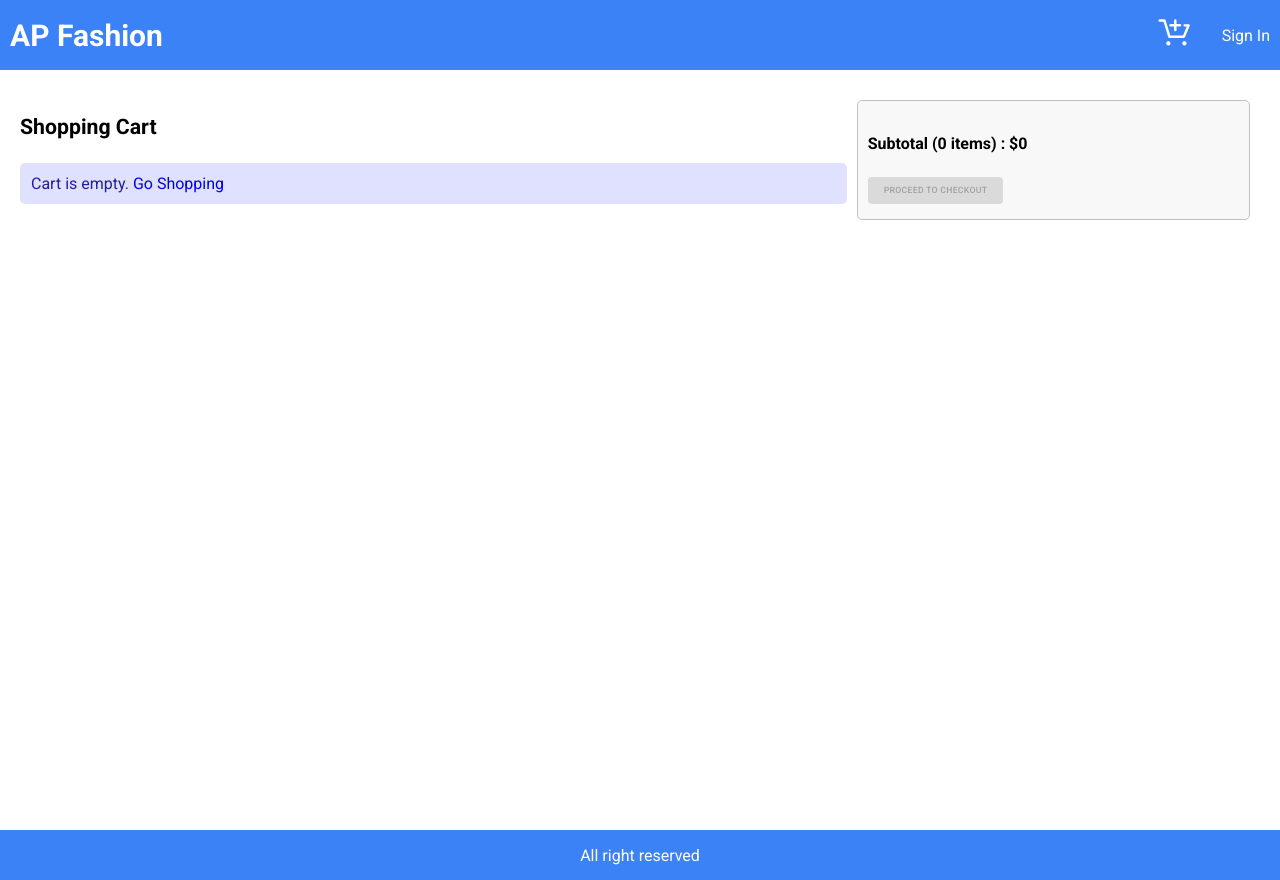
Repository: rexhep/e-commerce
Page: /cart (app in frontend/)
An editor plug-in stored every save of this project. The page is shown before and after the next save, followed by the edit.
The browser window is 1280 px wide. The pictures show the whole page.
The project was rebuilt for these pictures with package versions that can differ from the ones it lists, and the page was loaded fresh each time. Also part of the build but not shown: frontend/src/actions/userActions.js, frontend/src/components/clientHeader/ClientHeader.jsx, frontend/src/components/Rating.js, frontend/src/components/Product.js, frontend/src/components/LoadingBox.js, frontend/src/actions/productActions.js, frontend/src/components/clientHeader/HeaderSlider.jsx, frontend/src/pages/HomePage.js and 21 more.

Above is the page before, as saved 2021-10-13 01:24:51.

### frontend/public/index.html
<!DOCTYPE html>
<html lang="en">
  <head>
    <meta charset="utf-8" />
    <link rel="icon" href="%PUBLIC_URL%/favicon.ico" />
    <meta name="viewport" content="width=device-width, initial-scale=1" />
    <meta name="theme-color" content="#000000" />
    <meta
      name="description"
      content="Web site created using create-react-app"
    />
    <link rel="apple-touch-icon" href="%PUBLIC_URL%/logo192.png" />
    <!--
      manifest.json provides metadata used when your web app is installed on a
      user's mobile device or desktop. See https://developers.google.com/web/fundamentals/web-app-manifest/
    -->
    <link rel="manifest" href="%PUBLIC_URL%/manifest.json" />
    <!--
      Notice the use of %PUBLIC_URL% in the tags above.
      It will be replaced with the URL of the `public` folder during the build.
      Only files inside the `public` folder can be referenced from the HTML.

      Unlike "/favicon.ico" or "favicon.ico", "%PUBLIC_URL%/favicon.ico" will
      work correctly both with client-side routing and a non-root public URL.
      Learn how to configure a non-root public URL by running `npm run build`.
    -->
    <link
        rel="stylesheet"
        href="https://cdnjs.cloudflare.com/ajax/libs/font-awesome/4.7.0/css/font-awesome.min.css"
      />
      <link rel="preconnect" href="https://fonts.googleapis.com">
      <link href="https://fonts.googleapis.com/css2?family=Roboto:ital,wght@0,100;0,300;0,400;0,500;0,700;0,900;1,100;1,300;1,400;1,500;1,700;1,900&display=swap" rel="stylesheet">
    <title>React App</title>
  </head>
  <body>
    <noscript>You need to enable JavaScript to run this app.</noscript>
    <div id="root"></div>
    <!--
      This HTML file is a template.
      If you open it directly in the browser, you will see an empty page.

      You can add webfonts, meta tags, or analytics to this file.
      The build step will place the bundled scripts into the <body> tag.

      To begin the development, run `npm start` or `yarn start`.
      To create a production bundle, use `npm run build` or `yarn build`.
    -->
  </body>
</html>

### frontend/src/index.js
import React from 'react';
import { Provider } from 'react-redux';
import ReactDOM from 'react-dom';
import './index.css';
import App from './App';
import reportWebVitals from './reportWebVitals';
import store from './store';

ReactDOM.render(
  <Provider store={store}>
    <React.StrictMode>
      <App />
    </React.StrictMode>
  </Provider>,
  document.getElementById('root')
);

// If you want to start measuring performance in your app, pass a function
// to log results (for example: reportWebVitals(console.log))
// or send to an analytics endpoint. Learn more: https://bit.ly/CRA-vitals
reportWebVitals();

### frontend/src/index.css
html {
  font-size: 62.5%; /* 16px x 62.5 = 10px = 1rem */
  box-sizing: border-box;
}

body {
  margin: 0;
  height: 100vh;
  font-size: 1.6rem;
  font-family: 'Roboto', sans-serif;
  -webkit-font-smoothing: antialiased;
  -moz-osx-font-smoothing: grayscale;
}
#root {
  height: 100%;
}

/* Layout */
.primary-container {
  margin-top: 20px;
}
.grid-container {
  display: grid;
  grid-template-areas:
  'header'
  'main'
  'footer';
  grid-template-columns: 1fr;
  grid-template-rows: 5rem 1fr 5rem;
  height: 100%;
}

header {
  grid-area: header;
  background-color: #3B82F6;
  height: 50px;
}

main {
  /* grid-area: main;
  padding: 1rem; */
}

footer {
  grid-area: footer;
  background-color: #3B82F6;
  height: 50px;
  color: #fff
}
/* Common */
h1 {
  font-size: 1.8rem;
  padding: 1rem 0;
}

h2 {
  font-size: 1.6rem;
  padding: 1rem 0;
}
a {
  text-decoration: none;
}
a:hover {
  color: #ff8000;
}
ul {
  padding: 0;
  margin: 0;
  list-style-type: none;
}
li {
  margin-top: 1rem;
}

.mr-20 {
  margin-right: 20px;
}

input,
select,
textarea,
button {
  padding: 1rem;
  border-radius: 0.5rem;
  border: 0.1rem #a4a4a4 solid;
  font-size: 1.6rem;
  font-family: Helvetica, Arial, sans-serif;
  -webkit-font-smoothing: antialiased;
  -moz-osx-font-smoothing: grayscale;
}

button {
  background-color: #f8f8f8;
  cursor: pointer;
}

#fade-button {
  color: #fff;
  font-size: 1.6rem;
}
#fade-button:hover {
  border: none;
}

input:hover,
select:hover,
textarea:hover,
button:hover {
  border: 0.1rem #404040 solid;
}
button.primary {
  background-color: #f0c040;
}
button.block {
  width: 100%;
}

button.small {
  font-size: 1.2rem;
}

/* Header */
header {
  color: #fff;
  padding: 1rem;
}
header div a {
  color: #fff;
}
a.brand {
  color: white;
  font-size: 3rem;
  font-weight: bold;
}
.badge {
  background-color: #f02020;
  color: #ffffff;
  border-radius: 50%;
  padding: 0.2rem 0.7rem;
  font-size: 1.4rem;
  margin-left: 0.2rem;
}
.row {
  display: flex;
  flex-wrap: wrap;
  justify-content: space-between;
  align-items: center;
}
.row.center {
  justify-content: center;
}
.row.top {
  align-items: flex-start;
}
.col-1 {
  flex: 1 1 25rem;
}
.col-2 {
  flex: 2 1 50rem;
}

.min-30 {
  min-width: 30rem;
}

/* Image */
img {
  border-radius: 0.5rem;
}
img.small {
  max-width: 5rem;
  width: 100%;
}
img.medium {
  max-width: 29rem;
  width: 100%;
}
img.large {
  width: 100%;
}
img.custom-image {
  max-width: 29rem;
  width: 100%;
  max-height: 600px;
  height: 100%;
}

/* SLIDER */
.slider-cover {
  float: left;
  width: 100%;
  height: 800px;
}

.slider-cover .desc {
  position: absolute;
  left: 50%;
  top: 50%;
  transform: translate(-50%, -50%);
  -ms-transform: translate(-50%, -50%); /* for IE 9 */
  -webkit-transform: translate(-50%, -50%); /* for Safari */
}

.slider-cover .desc h2.title {
  font-size: 32px;
  color: #fff;
  text-align: center;
  font-weight: 700;
}

.slider-cover .desc p {
  color: #fff;
  font-size: 16px;
  text-align: center;
  font-weight: 300;
}


/* Card */
.card {
  border: 0.1rem #c0c0c0 solid;
  background-color: #f8f8f8;
  border-radius: 0.5rem;
  margin: 1rem;
}
.card-body {
  padding: 1rem;
}

.card-body > * {
  margin-bottom: 0.5rem;
}

.custom-card {
  overflow: visible !important;
}

.custom-item, .custom-card {
  box-shadow: none !important;
  border-radius: 0 !important;
}

.custom-item {
  border:solid 1px #ccc9c9;
}

.custom-card-content a h2 {
  font-size: 18px;
  color: #1F2937;
  font-weight: 300;
    text-transform: uppercase;
}

.custom-card-content .rating span {
  font-size: 14px;
  font-weight: 300;
}

.custom-card-content .price {
  font-size: 18px;
  font-weight: 700;
  padding-top: 20px;
}

.custom-card img {
  border-radius: 0;
}

.test {
  z-index: 9999;
  background-color: red;
}

.price {
  font-size: 2rem;
}

/* Rating */
.rating span {
  color: #f0c040;
  margin: 0.1rem;
}
.rating span:last-child {
  color: #404040;
}

/* Alert */
.loading {
  display: block !important;
}
.success {
  color: #20a020;
}
.danger {
  color: #a02020;
}

.alert {
  padding: 1rem;
  border: 0.1rem solid transparent;
  border-radius: 0.5rem;
}
.alert-info {
  color: #2020a0;
  background-color: #e0e0ff;
}
.alert-danger {
  color: #a02020;
  background-color: #ffe0e0;
}

.alert-success {
  color: #20a020;
  background-color: #eeffe0;
}

/* Form */
.form {
  max-width: 60rem;
  margin: 0 auto;
}
.form > div {
  display: flex;
  flex-direction: column;
  margin: 1rem;
}
.form label {
  margin: 1rem 0;
}

/* Dropdown */
.dropdown {
  display: inline-block;
  position: relative;
}
.dropdown-content {
  position: absolute;
  display: none;
  right: 0;
  min-width: 12rem;
  padding: 1rem;
  z-index: 1;
  background-color: #203040;
  margin: 0;
  margin-top: 0.4rem;
  border-radius: 0.5rem;
}
.dropdown:hover .dropdown-content {
  display: block;
}

/* Checkout Steps */
.checkout-steps > div {
  border-top: 0.3rem #c0c0c0 solid;
  color: #c0c0c0;
  flex: 1;
  padding: 1rem;
  font-weight: bold;
}
.checkout-steps > div.active {
  border-top-color: #f08000;
  color: #f08000;
}

/* Table */
.table {
  width: 100%;
  border-collapse: collapse;
}
.table tbody tr:nth-of-type(odd) {
  background-color: #f4f4f4;
}
.table td,
.table th {
  text-align: left;
  border: 0.1rem solid #e4e4e4;
  padding: 0.5rem;
}
.table button {
  margin: 0 0.2rem;
}

/* font-SIZE */
.fontSize, .fontSize a {
  font-size: 1.6rem !important;
  color: #333 !important;
}
.fontSize-avatar {
  color: #fff;
  font-size: 1.6rem !important;
}

/* AVATAR ICON */
.avatar-icon {
  margin-left: 10px !important;
}
.avatar-icon:hover {
  border: 0;
}

/* SPINNER */
.spinner-box {
  width: 100%;
  height: 85vh;
  display: flex;
  justify-content: center;
  align-items: center;
  background-color: transparent;
}
.three-quarter-spinner {
  width: 50px;
  height: 50px;
  border: 3px solid #fb5b53;
  border-top: 3px solid transparent;
  border-radius: 50%;
  animation: spin .5s linear 0s infinite;
}

/* END SPINNER */

/* PRODUCT DETAILS */
.product-details {
  padding: 20px;
}
.product-details-image {
  width: 100%;
}

.product-details-image img {
  width: auto;
  max-height: 500px;
  margin: 0 auto;
  display: block;
  border: solid 1px;
  border-radius: 0;
}

.product-details h1 {
  text-transform: uppercase;
  font-family: 'Roboto', sans-serif;
}

.product-details ul li {
  font-family: 'Roboto', sans-serif;
  font-weight: 300;
}

/* END PRODUCT DETAILS */

/* KEYFRAMES */

@keyframes spin {
  from {
    transform: rotate(0);
  }
  to{
    transform: rotate(359deg);
  }
}

@keyframes spin3D {
  from {
    transform: rotate3d(.5,.5,.5, 360deg);
  }
  to{
    transform: rotate3d(0deg);
  }
}

@keyframes configure-clockwise {
  0% {
    transform: rotate(0);
  }
  25% {
    transform: rotate(90deg);
  }
  50% {
    transform: rotate(180deg);
  }
  75% {
    transform: rotate(270deg);
  }
  100% {
    transform: rotate(360deg);
  }
}

@keyframes configure-xclockwise {
  0% {
    transform: rotate(45deg);
  }
  25% {
    transform: rotate(-45deg);
  }
  50% {
    transform: rotate(-135deg);
  }
  75% {
    transform: rotate(-225deg);
  }
  100% {
    transform: rotate(-315deg);
  }
}

@keyframes pulse {
  from {
    opacity: 1;
    transform: scale(1);
  }
  to {
    opacity: .25;
    transform: scale(.75);
  }
}

### frontend/src/components/privateRoute.js
import React from 'react';
import { useSelector } from 'react-redux';
import { Redirect, Route } from 'react-router-dom';

export default function PrivateRoute({ component: Component, ...rest }) {
    const userSignin = useSelector((state) => state.userSignin);
    const { userInfo } = userSignin;
    return (
        <Route
            {...rest}
            render={(props) =>
                userInfo ? (
                    <Component {...props}></Component>
                ) : (
                    <Redirect to="/signin" />
                )
            }
        ></Route>
    );
}

### frontend/src/pages/CartPage.js
import React, { useEffect } from 'react';
import { Button, makeStyles } from "@material-ui/core";
import { red, orange } from '@mui/material/colors';
import { useDispatch, useSelector } from 'react-redux';
import { Link } from 'react-router-dom';
import { addToCart, removeFromCart } from '../actions/cartActions';
import ClientNavbar from '../components/clientHeader/ClientNavbar';
import MessageBox from '../components/MessageBox';

const useStyles = makeStyles((theme) => {
    console.log('THEMELL', theme);
    return ({
        deleteButton: {
            color: theme.palette.primary.contrastText,
            background: red[700],
            fontSize: theme.typography.h6.fontSize,
            fontWeight: theme.typography.h6.fontWeight,
            letterSpacing: theme.typography.h6.letterSpacing,

            '&:hover': {
                background: red[900],
                border: 'none !important'
            }
        },
        checkoutButton: {
            color: theme.palette.primary.contrastText,
            background: orange[700],
            fontSize: theme.typography.h6.fontSize,
            fontWeight: theme.typography.h6.fontWeight,
            letterSpacing: theme.typography.h6.letterSpacing,

            '&:hover': {
                background: orange[900],
                border: 'none !important'
            }
        },
        mainGrid: {
            height: '100vh',
            width: '100%',
            fontSize: '14px'
        },
        cardRow: {
            padding: 20,
            minHeight: '100vh'
        },
        flexOne: {
            flex: 1
        },
        pageTitle: {
            fontSize: theme.typography.h4.fontSize,
            fontFamily: theme.typography.h4.fontFamily
        },
        itemTitle: {
            fontSize: theme.typography.h5.fontSize,
            fontFamily: theme.typography.h5.fontFamily,
            color: theme.palette.grey[900]
        },
        listItem: {
            '& li:not(:last-child)': {
                borderBottom: 'solid 1px',
                paddingBottom: 10
            }
        },
        imageSection: {
            paddingRight: 10
        }
    });
});

export default function CartPage(props) {
    const classes = useStyles();
    const productId = props.match.params.id;
    const qty = props.location.search
        ? Number(props.location.search.split('=')[1])
        : 1;

    const cart = useSelector(state => state.cart);
    const { cartItems } = cart;
    const dispatch = useDispatch();

    useEffect(() => {
        if (productId) {
            dispatch(addToCart(productId, qty));
        }
    }, [dispatch, productId, qty]);

    const removeFromCartHandler = (id) => {
        // delete action
        dispatch(removeFromCart(id));
    };

    const checkoutHandler = () => {
        props.history.push('/signin?redirect=shipping');
    }

    return (
        <>
            <ClientNavbar />
            <div className={`${classes.cardRow} row top`}>
                <div className="col-2">
                    <h1 className={classes.pageTitle}>Shopping Cart</h1>
                    {cartItems.length === 0 ? (
                        <MessageBox>
                            Cart is empty. <Link to="/">Go Shopping</Link>
                        </MessageBox>
                    ) : (
                        <ul className={classes.listItem}>
                            {cartItems.map((item) => (
                                <li key={item.product}>
                                    <div className="row">
                                        <div className={classes.imageSection}>
                                            <img
                                                src={item.image}
                                                alt={item.name}
                                                className="small"
                                            ></img>
                                        </div>
                                        <div className={`${classes.flexOne} min-30`}>
                                            <Link to={`/product/${item.product}`} className={classes.itemTitle}>{item.name}</Link>
                                        </div>
                                        <div className={`${classes.flexOne}`}>
                                            <select
                                                value={item.qty}
                                                onChange={(e) =>
                                                    dispatch(
                                                        addToCart(item.product, Number(e.target.value))
                                                    )
                                                }
                                            >
                                                {[...Array(item.countInStock).keys()].map((x) => (
                                                    <option key={x + 1} value={x + 1}>
                                                        {x + 1}
                                                    </option>
                                                ))}
                                            </select>
                                        </div>
                                        <div className={`${classes.flexOne} `}>${item.price}</div>
                                        <div>
                                            <Button variant="contained" onClick={() => removeFromCartHandler(item.product)} className={classes.deleteButton}>
                                                Delete
                                            </Button>
                                        </div>
                                    </div>
                                </li>
                            ))}
                        </ul>
                    )}
                </div>
                <div className="col-1">
                    <div className="card card-body">
                        <ul>
                            <li>
                                <h2>
                                    Subtotal ({cartItems.reduce((a, c) => a + c.qty, 0)} items) : $
                                    {cartItems.reduce((a, c) => a + c.price * c.qty, 0)}
                                </h2>
                            </li>
                            <li>
                                <Button
                                    variant="contained"
                                    onClick={checkoutHandler}
                                    disabled={cartItems.length === 0}
                                >
                                    Proceed to Checkout
                                </Button>
                                {/* <button
                                    type="button"
                                    onClick={checkoutHandler}
                                    className="primary block"
                                    disabled={cartItems.length === 0}
                                >
                                    Proceed to Checkout
                                </button> */}
                            </li>
                        </ul>
                    </div>
                </div>
            </div >
        </>
    )
}

### frontend/src/components/AdminRoute.js
import React from 'react';
import { useSelector } from 'react-redux';
import { Redirect, Route } from 'react-router-dom';

export default function AdminRoute({ component: Component, ...rest }) {
    const userSignin = useSelector((state) => state.userSignin);
    const { userInfo } = userSignin;
    return (
        <Route
            {...rest}
            render={(props) =>
                userInfo && userInfo.isAdmin ? (
                    <Component {...props}></Component>
                ) : (
                    <Redirect to="/signin" />
                )
            }
        ></Route>
    )
}

### frontend/src/components/clientHeader/ClientNavbar.jsx
import React from 'react';
import { useSelector } from 'react-redux';
import { Link } from 'react-router-dom';
import { makeStyles } from '@material-ui/core';
import addToCartImage from '../../components/clientHeader/images/add-to-cart.png';
import ClientHeader from '../clientHeader/ClientHeader';

const useStyles = makeStyles((theme) => ({
    dashboardDropdown: {
        padding: "0px 10px",
        '& a': {
            textTransform: 'uppercase'
        }
    },
    addToCartSector: {
        position: 'relative',
        marginLeft: 'auto',
        '& .badge': {
            position: "absolute",
            right: -15
        }
    },
    rowHeader: {
        display: "flex",
        alignItems: "center",
        justifyContent: "flex-end",
        flexWrap: "wrap",
        rowGap: "10px",
        columnGap: "2em"
    }
  }));

export default function ClientNavbar() {
    const classes = useStyles();
    const cart = useSelector(state => state.cart);
    const { cartItems } = cart;

    const userSignin = useSelector((state) => state.userSignin);
    const { userInfo } = userSignin;

    return (
        <div>
                <header className={classes.rowHeader}>
                    <div>
                        <Link className="brand" to="/">AP Fashion</Link>
                    </div>
                    <div className={classes.addToCartSector}>
                        <Link to="/cart">
                        <img src={addToCartImage} alt="Add to cart" />
                            {cartItems.length > 0 && (
                                <span className="badge">{cartItems.length}</span>
                            )}
                        </Link>
                    </div>
                    <div>
                        {userInfo ? (
                            <div className="dropdown">
                                <ClientHeader />
                            </div>
                        ) : (
                            <Link to="/signin">Sign In</Link>
                        )}
                        {userInfo && userInfo.isAdmin && (
                            <div className={`${classes.dashboardDropdown} dropdown`}>
                                <Link to="/dashboard">Dashboard</Link>
                            </div>
                        )}
                    </div>
                </header>
            </div>
    )
}

### frontend/src/constants/productContants.js
export const PRODUCT_LIST_REQUEST = 'PRODUCT_LIST_REQUEST';
export const PRODUCT_LIST_SUCCESS = 'PRODUCT_LIST_SUCCESS';
export const PRODUCT_LIST_FAIL = 'PRODUCT_LIST_FAIL';

export const PRODUCT_DETAILS_REQUEST = 'PRODUCT_DETAILS_REQUEST';
export const PRODUCT_DETAILS_SUCCESS = 'PRODUCT_DETAILS_SUCCESS';
export const PRODUCT_DETAILS_FAIL = 'PRODUCT_DETAILS_FAIL';

export const PRODUCT_REGISTER_REQUEST = 'PRODUCT_REGISTER_REQUEST';
export const PRODUCT_REGISTER_SUCCESS = 'PRODUCT_REGISTER_SUCCESS';
export const PRODUCT_REGISTER_FAIL = 'PRODUCT_REGISTER_FAIL';

Loaded but not shown: frontend/src/reportWebVitals.js (common file); frontend/src/components/MessageBox.js (common file); frontend/src/constants/cartContstant.js (common file); frontend/src/reducers/orderReducers.js (108 lines, source omitted); frontend/src/reducers/userReducer.js (70 lines, source omitted); frontend/src/App.js (50 lines, source omitted); frontend/src/store.js (53 lines, source omitted); frontend/src/reducers/productReducers.js (40 lines, source omitted); frontend/src/actions/cartActions.js (43 lines, source omitted); frontend/src/reducers/cartReducers.js (39 lines, source omitted); frontend/src/constants/orderConstants.js (26 lines, source omitted); frontend/src/constants/userConstants.js (22 lines, source omitted)

After the next save:
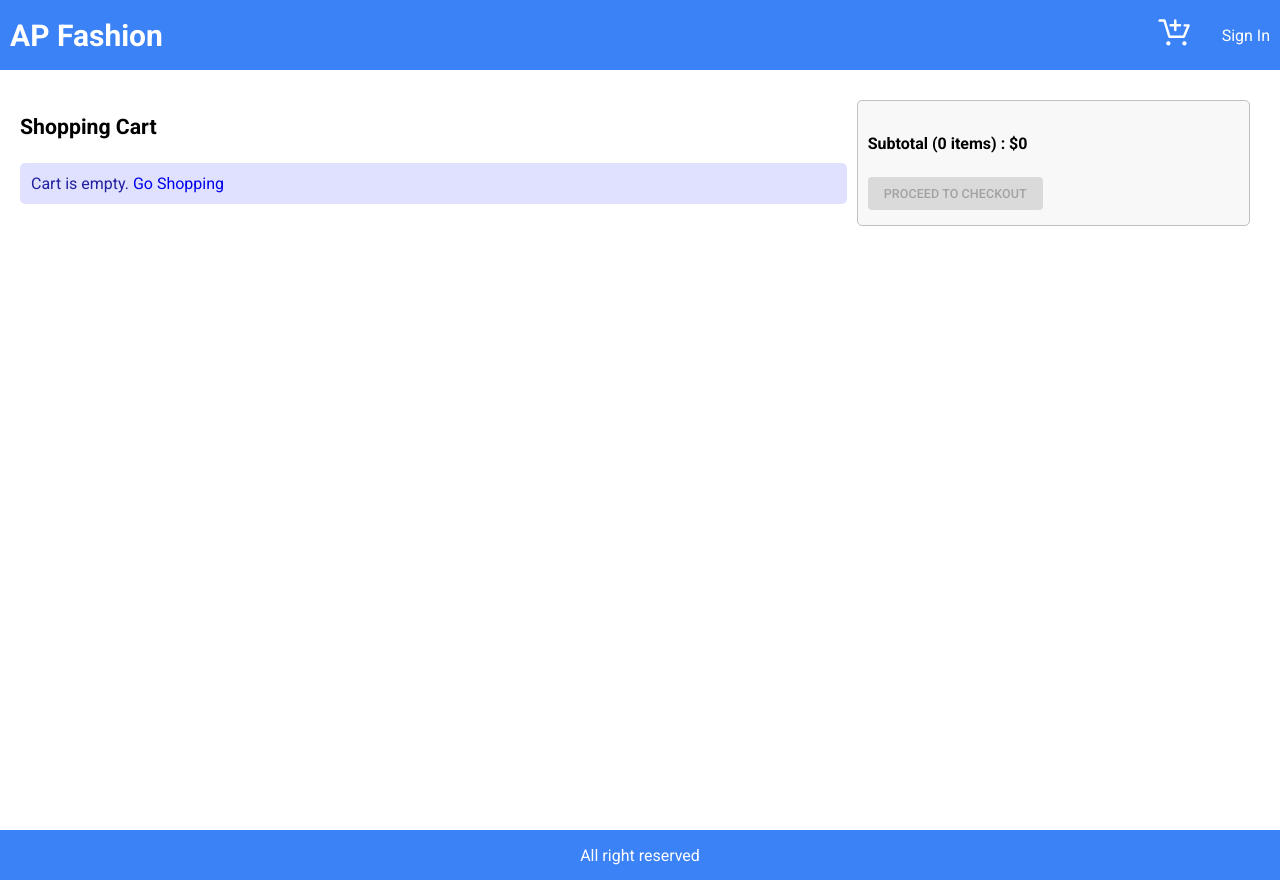
Saved 17 s later.
--- a/frontend/src/pages/CartPage.js
+++ b/frontend/src/pages/CartPage.js
@@ -160,6 +160,7 @@ export default function CartPage(props) {
                                     variant="contained"
                                     onClick={checkoutHandler}
                                     disabled={cartItems.length === 0}
+                                    className={classes.checkoutButton}
                                 >
                                     Proceed to Checkout
                                 </Button>
